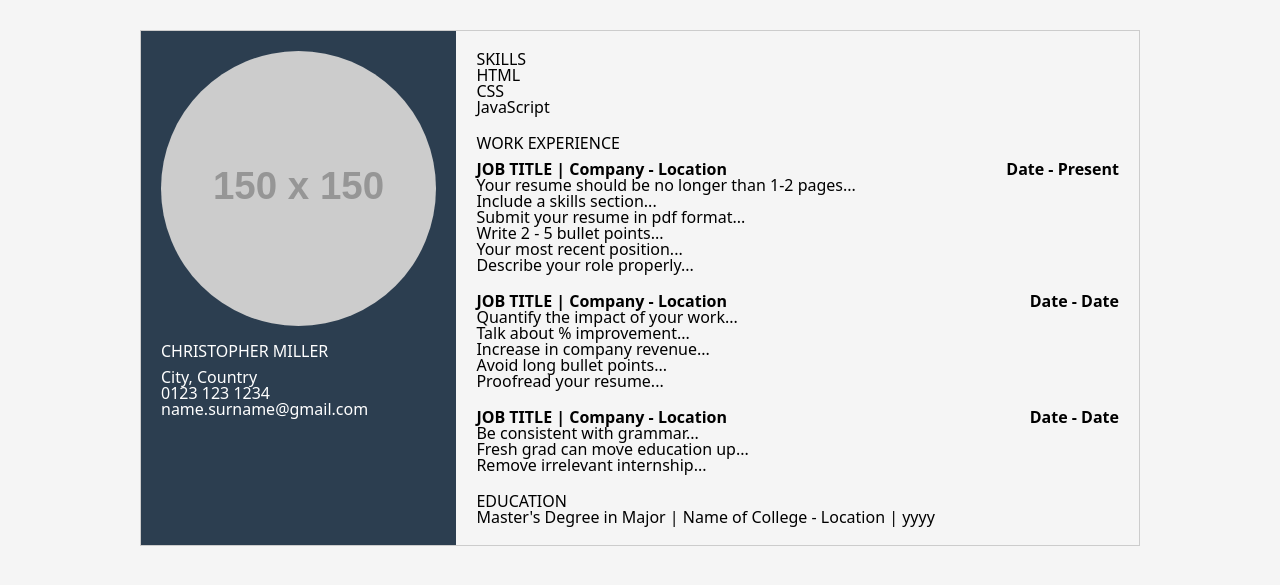
Repository: doanhieu0707/Homework-Day-5
Page: cv-flex.html
An editor plug-in stored every save of this project. The page is shown before and after the next save, followed by the edit.
The browser window is 1280 px wide. The pictures show the whole page.

Above is the page before, as saved 2026-04-22 14:40:32.

After the next save:
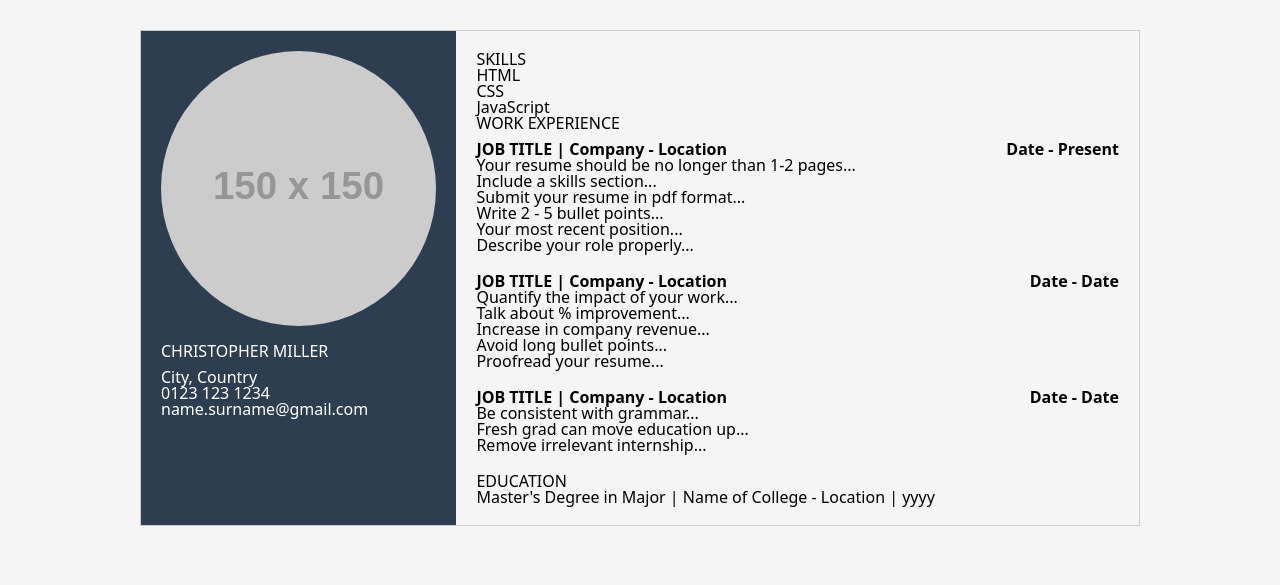
Saved 5 s later.
--- a/cv-flex.html
+++ b/cv-flex.html
@@ -23,14 +23,12 @@
 
             <!-- MAIN CONTENT -->
             <div class="infor">
-                <div class="header">
-                    <h3>SKILLS</h3>
+                <h3>SKILLS</h3>
                 <ul>
                     <li>HTML</li>
                     <li>CSS</li>
                     <li>JavaScript</li>
                 </ul>
-                </div>
 
                 <div class="work">
                     <h2 class="heading-2">WORK EXPERIENCE</h2>
